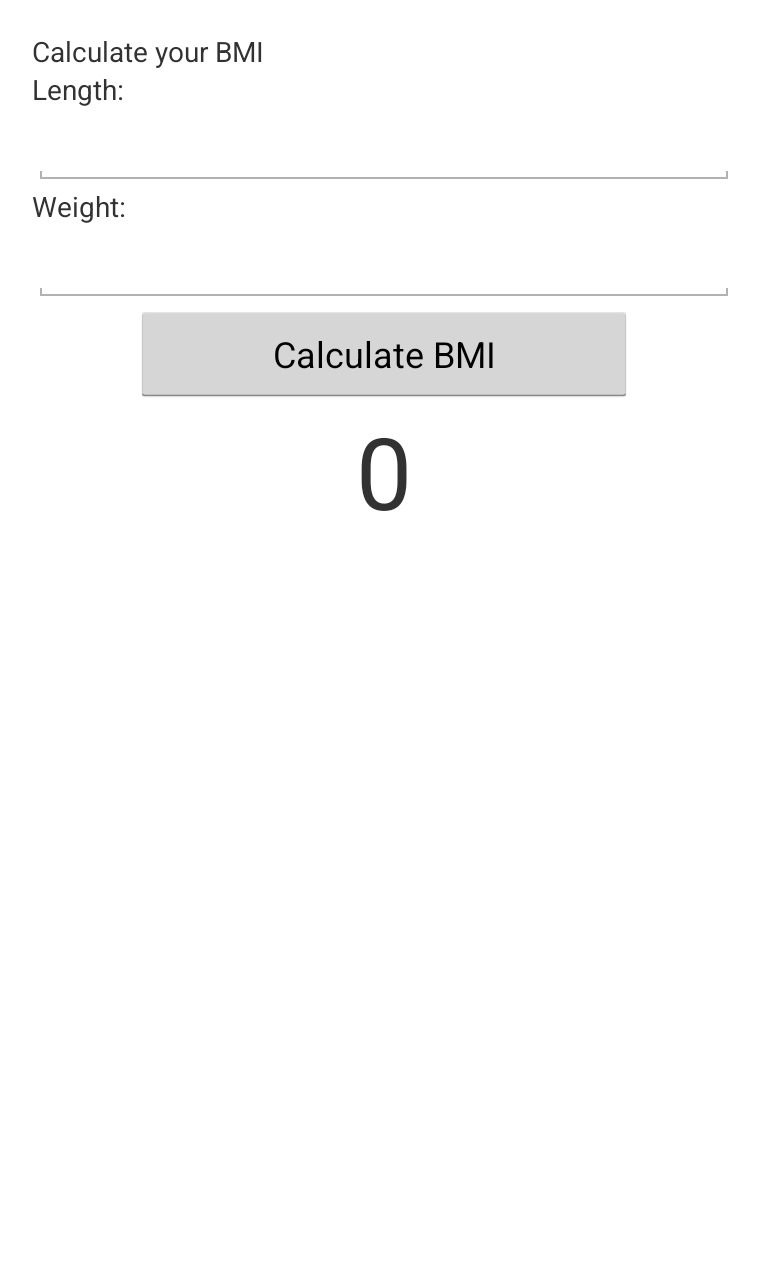
Repository: me222rs/AndroidLab1
Layout: BMI/res/layout/activity_bmi.xml
These files come from the project's save history. The layout is drawn as it stood at one moment and after the next save; the edit follows.
It is drawn on a 768 x 1280 px phone screen (xhdpi) without system bars, with theme AppTheme; the app's code is not run.

Above is the layout before, as saved 2014-11-17 13:24:50.

After the next save:
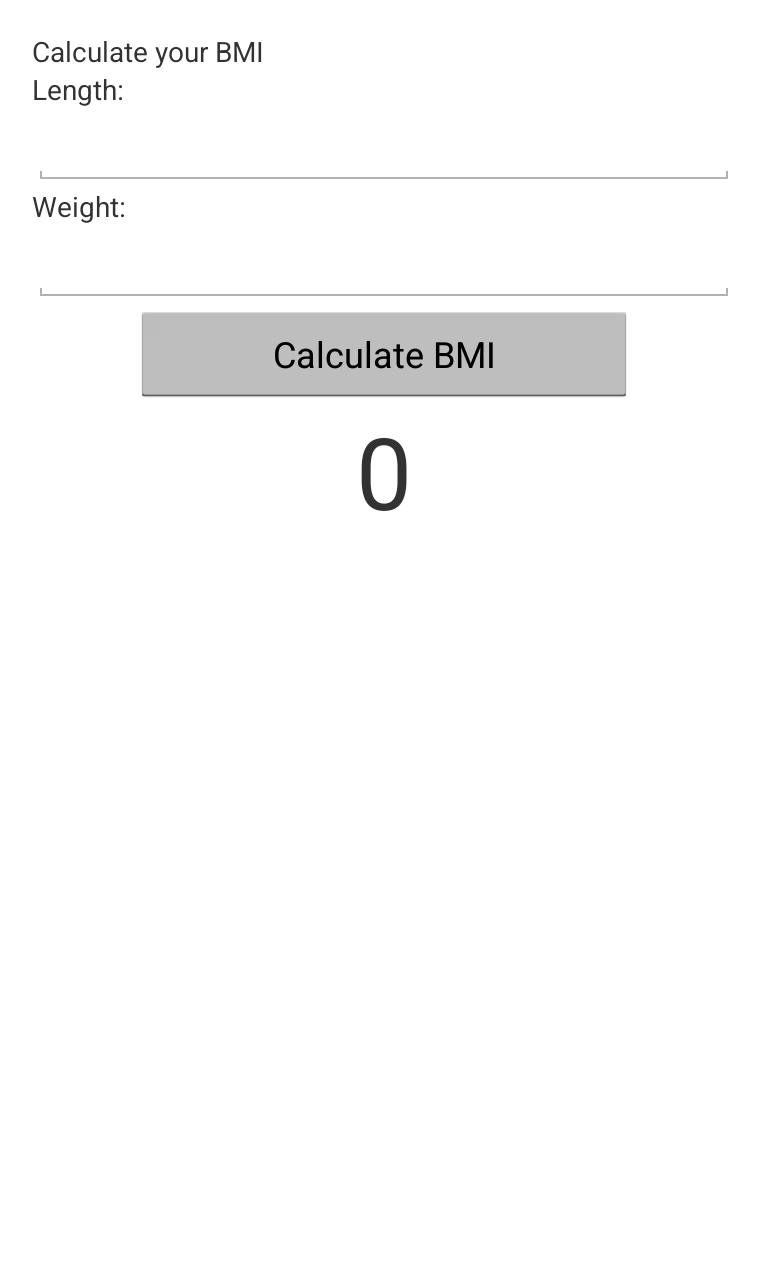
Saved 13 s later.
--- a/BMI/res/layout/activity_bmi.xml
+++ b/BMI/res/layout/activity_bmi.xml
@@ -71,4 +71,12 @@
         android:gravity="center"
         android:textSize="50sp"/>
 
+                <Button android:id="@+id/calculateButton"
+        android:layout_below="@id/weight"
+        android:layout_centerHorizontal="true"
+    	android:layout_height="50dp"
+     	android:layout_width="250dp"
+        android:layout_gravity="center"
+        android:text="Calculate BMI" />
+
 </RelativeLayout>
